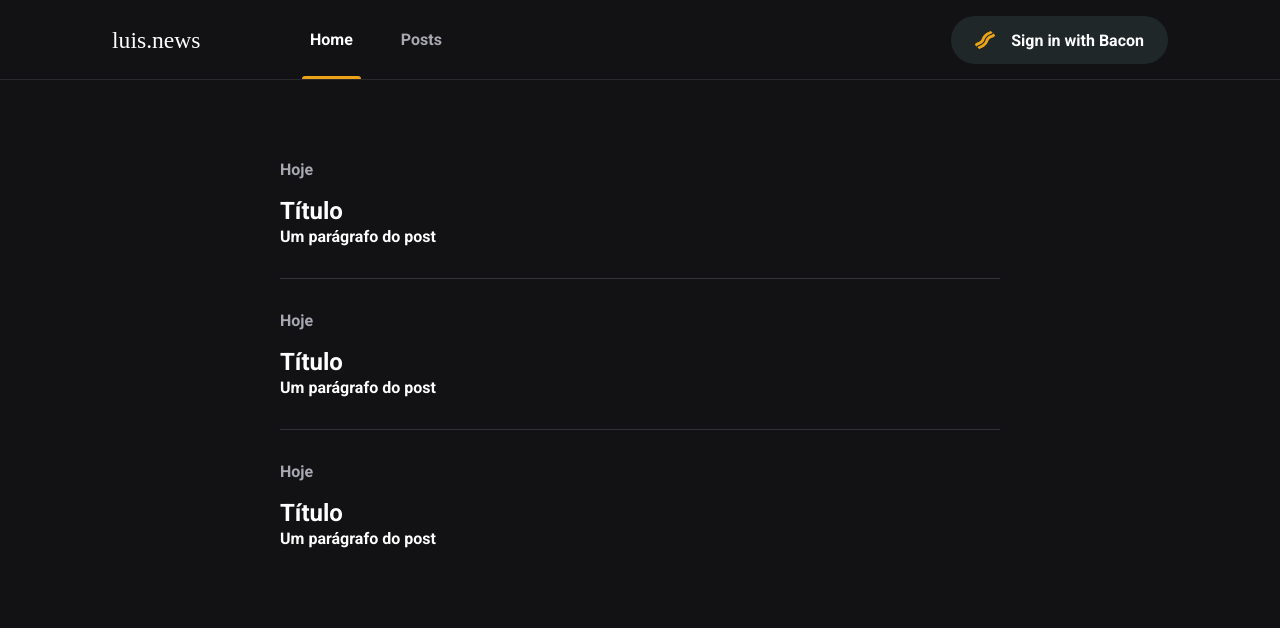
Repository: d4k37/luisnews
Page: /posts
These files come from the project's save history. The page is drawn as it stood at one moment and after the next save; the edit follows.
The browser window is 1280 px wide. The pictures show the whole page.
The page's requests for data from a server got no answer. The project was rebuilt for these pictures with package versions that can differ from the ones it lists, and the page was loaded fresh each time. The framework's server and built-in components were replaced by stand-ins that run in the browser. No one was signed in, and anything a server would have sent is missing.

Above is the page before, as saved 2021-06-09 12:38:08.

After the next save:
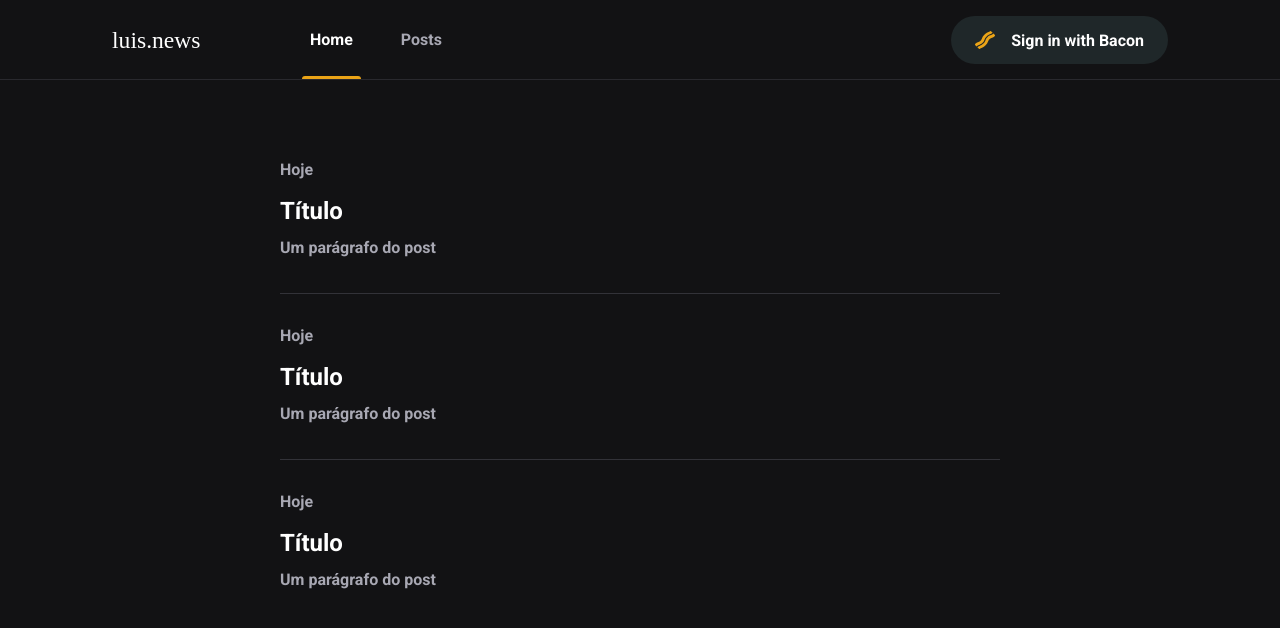
Saved 34 s later.
--- a/src/pages/posts/styles.module.scss
+++ b/src/pages/posts/styles.module.scss
@@ -29,5 +29,11 @@
             margin-top: 1rem;
             line-height: 2rem;
         }
+
+        p{
+            color: var(--gray-300);
+            margin-top: 0.5rem;
+            line-height: 1.625rem;
+        }
     }
 }
